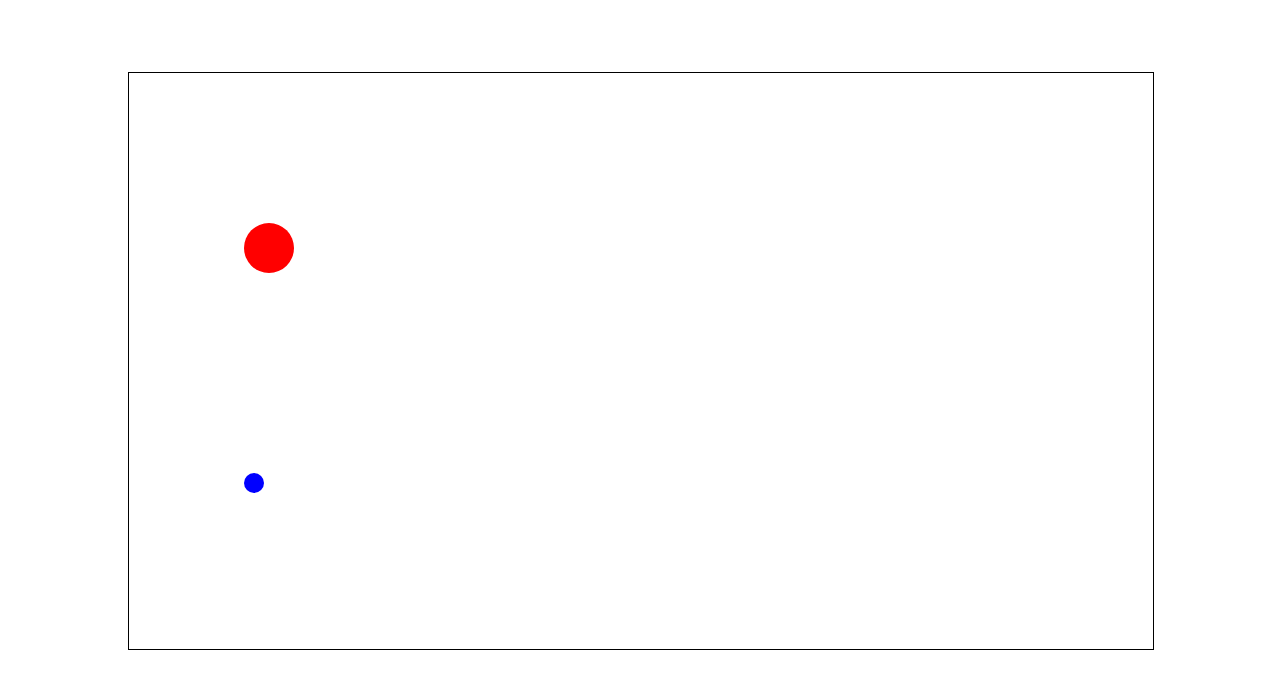
Repository: themoomooo/testgitajout
Page: index.html
An editor plug-in stored every save of this project. The page is shown before and after a run of saves, followed by the edit.
The browser window is 1280 px wide. The pictures show the whole page.

Above is the page before, as saved 2023-01-23 17:06:40.

After the next 4 saves:
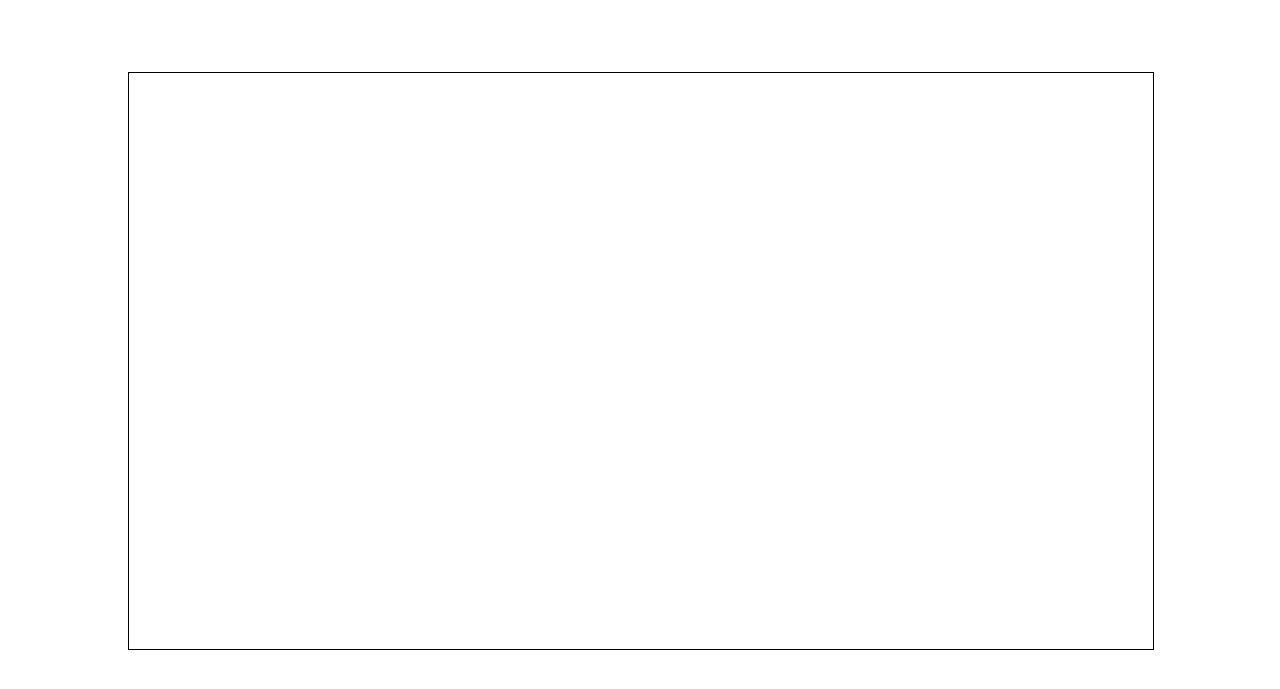
Console error: SyntaxError: Unexpected token ')'
The 4 saves are shown as one change because they came seconds apart.
The last was saved 73 s later.
--- a/main.js
+++ b/main.js
@@ -74,6 +74,7 @@
 monprog.add(monBallon);
 monprog.add(monBallon2);
 monprog.run();
+setInterval(mon*)
 
 
 /*

After the 4 saves that followed:
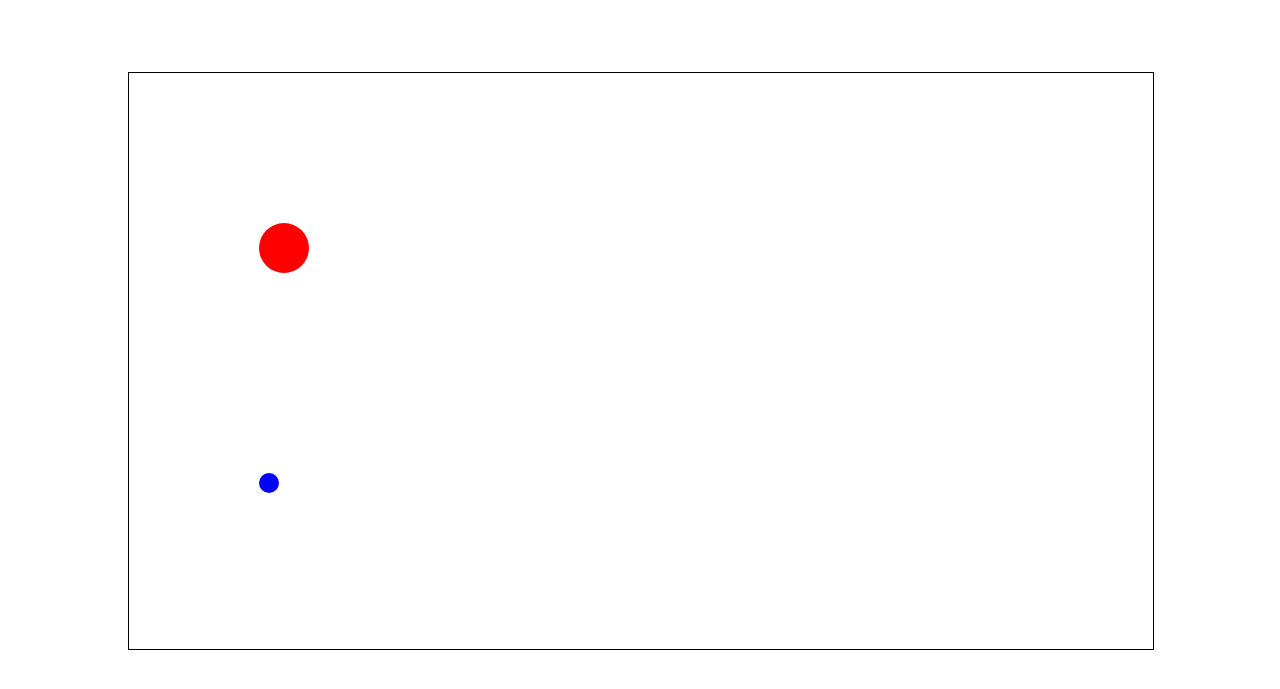
The error is gone.
The 4 saves are shown as one change because 1 left the picture as it was and some came seconds apart.
The last was saved 15 s later.
--- a/main.js
+++ b/main.js
@@ -74,7 +74,7 @@
 monprog.add(monBallon);
 monprog.add(monBallon2);
 monprog.run();
-setInterval(mon*)
+setInterval(monprog.move())
 
 
 /*
